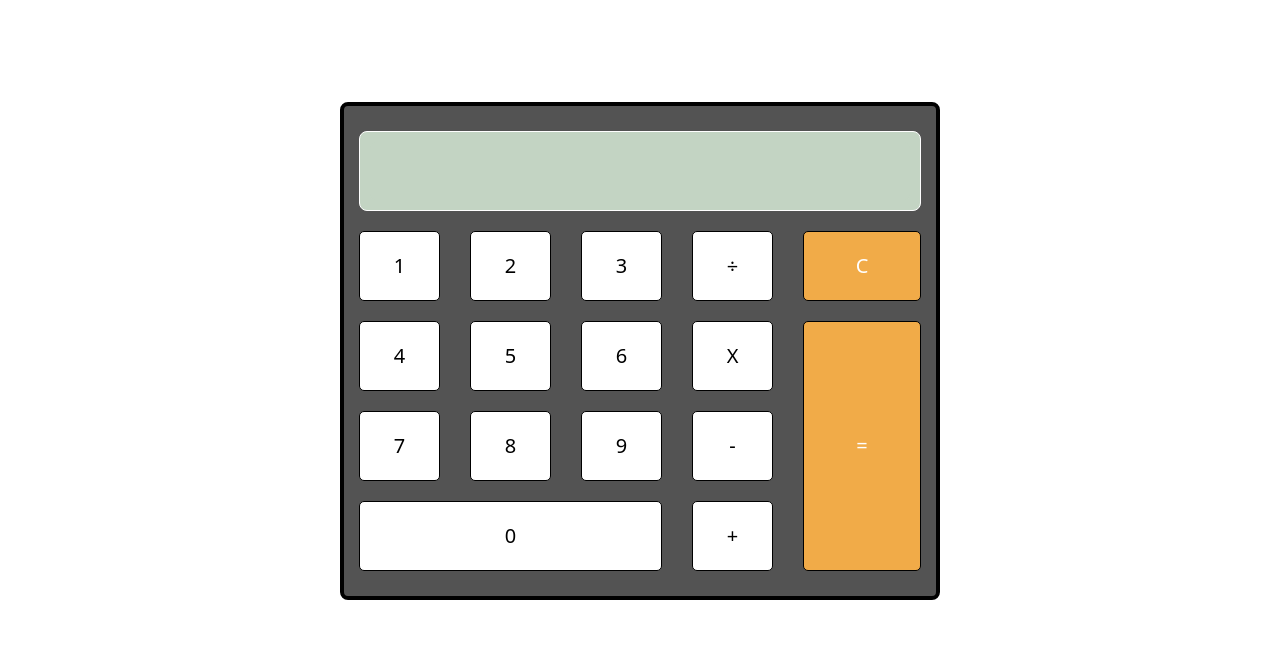
Repository: jsakdalan/CalculatorReactTypescript
Page: /
The author's editor kept a copy of each file at every save. The page is drawn from the files as they stood at one save, then again after a run of saves.
The browser window is 1280 px wide. The pictures show the whole page.
The project was rebuilt for these pictures with package versions that can differ from the ones it lists, and the page was loaded fresh each time. Also part of the build but not shown: src/App.css.

Above is the page before, as saved 2022-06-07 17:38:14.

### src/App.tsx
import  Calculator from './pages/Calculator';
import './App.css';
import 'bootstrap/dist/css/bootstrap.min.css'

export default function App() {

  return(
    <Calculator/>
  )
}

### src/pages/Calculator.tsx
import React from 'react';
import Col from 'react-bootstrap/Col';
import Container from 'react-bootstrap/Container';
import Row from 'react-bootstrap/Row';
import Button from 'react-bootstrap/Button';
import InputGroup from 'react-bootstrap/InputGroup';
import FormControl from 'react-bootstrap/FormControl';
import './Calculator.css'

export default function TextEditor(){

    interface Screen{
        styling: string;
    }

    interface Buttons {
        styling: string;
        btnNumber: string;
    }

    const Screen = (props:Screen) => {
        return(
            <InputGroup size="lg" className={props.styling}>
                    <FormControl
      aria-label="Default"
      aria-describedby="inputGroup-sizing-default"
    />
            </InputGroup>
        )
    }

    const Buttons = (props:Buttons) => {
        return(
            <Button className={props.styling}>
                {props.btnNumber}
            </Button>
        )
    }

    return(
        <>
            <Container className="container">
                <Row>
                    <Col><Screen styling="screen"/></Col>
                </Row>
                <Row>
                    <Col md={9}>
                        <Row>
                            <Col md={12}>
                                <Row>
                                    <Col md={3}><Buttons styling="numerical" btnNumber="1"/></Col>
                                    <Col md={3}><Buttons styling="numerical" btnNumber="2"/></Col>
                                    <Col md={3}><Buttons styling="numerical" btnNumber="3"/></Col>
                                    <Col md={3}><Buttons styling="operational" btnNumber="&#247;"/></Col>
                                </Row>
                            </Col>
                            <Col md={12}>
                                <Row>
                                    <Col md={3}><Buttons styling="numerical" btnNumber="4"/></Col>
                                    <Col md={3}><Buttons styling="numerical" btnNumber="5"/></Col>
                                    <Col md={3}><Buttons styling="numerical" btnNumber="6"/></Col>
                                    <Col md={3}><Buttons styling="operational" btnNumber="X"/></Col>
                                </Row>
                            </Col>
                            <Col md={12}>
                                <Row>
                                    <Col md={3}><Buttons styling="numerical" btnNumber="7"/></Col>
                                    <Col md={3}><Buttons styling="numerical" btnNumber="8"/></Col>
                                    <Col md={3}><Buttons styling="numerical" btnNumber="9"/></Col>
                                    <Col md={3}><Buttons styling="operational" btnNumber="-"/></Col>
                                </Row>
                            </Col>
                            <Col md={12}>
                                <Row>
                                    <Col md={9}><Buttons styling="numerical" btnNumber="0"/></Col>
                                    <Col md={3}><Buttons styling="numerical" btnNumber="+"/></Col>
                                </Row>
                            </Col>
                        </Row>
                    </Col>
                    <Col>
                        <Row>
                            <Col>
                                <Row>
                                    <Col md={12}><Buttons styling="erase" btnNumber="C"/></Col>
                                    <Col md={12}><Buttons styling="equals" btnNumber="="/></Col>
                                </Row>
                            </Col>
                        </Row>
                    </Col>
                </Row>
            </Container>
        </>
    )
}

### src/pages/Calculator.css
*{
    font-weight: bold;
    font-size: 20px;
    text-align: center;
}

.container{
    margin-top:8%;
    max-width: 600px!important;
    width: 400px;
    display: flex;
    flex-direction: column;
    border: 4px solid black;
    padding: 15px!important;
    border-radius: 8px;
    background-color: #535353;
}



.screen{
    width: 100%;
    padding: 10px;
    margin: 10px 0px 10px 0px;
    background-color: #c3d4c3;
    border-radius: 8px;
    border: 0.5px solid white;
}

.input-group>.form-control{
    position: relative;
    flex: 1 1 auto;
    width: 1%;
    background-color: #c3d4c3;
    min-width: 0;
    border: none;
}

.btn-primary{
    border:0.5px solid black!important;
}

.numerical{
    background-color: #ffffff!important;
    height: 70px;
    color: black!important;
    width: 100%;
    padding: 10px;
    margin: 10px 0px 10px 0px;
    background-color: #eeeeee;
}

.operational{
    background-color: #ffffff!important;
    height: 70px;
    color: black!important;
    width: 100%;
    padding: 10px;
    margin: 10px 0px 10px 0px;
}

.equals{
    background-color: #f1ab48!important;
    height: 250px;
    width: 100%;
    padding: 10px;
    margin: 10px 0px 10px 0px;
}

.erase{
    background-color: #f1ab48!important;
    height: 70px;
    width: 100%;
    padding: 10px;
    margin: 10px 0px 10px 0px;
}

Loaded but not shown: public/index.html (common file); src/index.tsx (common file); src/index.css (common file); src/reportWebVitals.ts (common file)

After the next 2 saves:
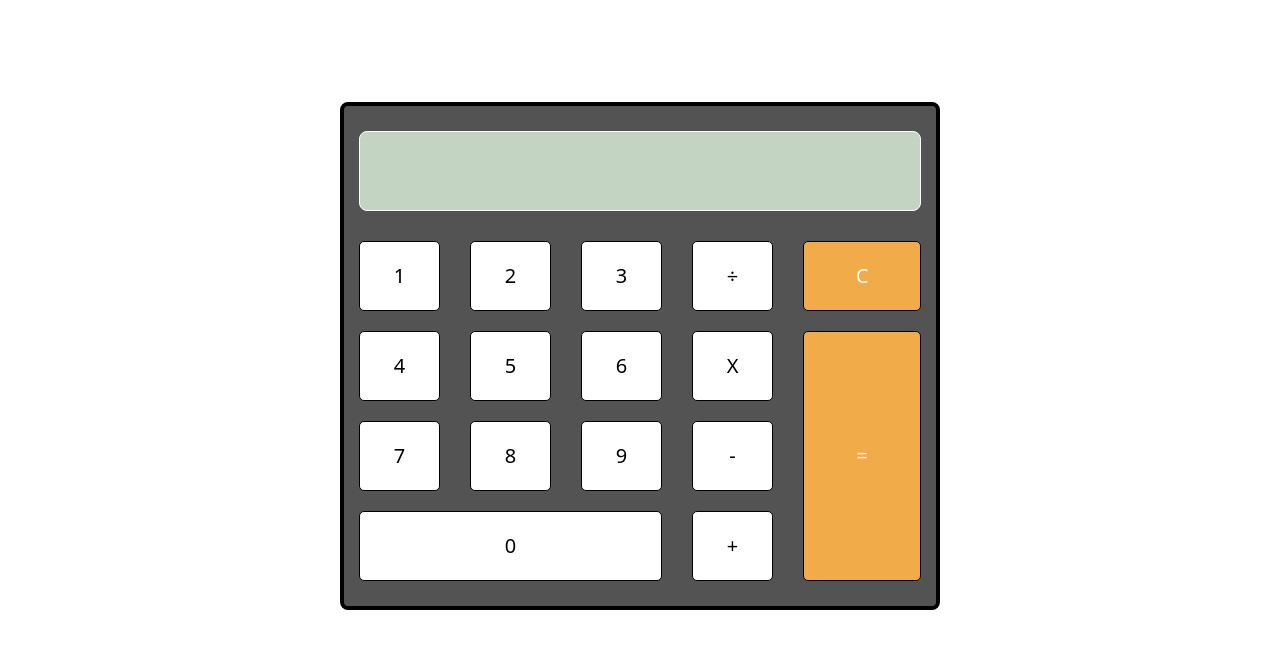
The 2 saves are shown as one change because they came seconds apart.
The last was saved 44 s later.
--- a/src/pages/Calculator.css
+++ b/src/pages/Calculator.css
@@ -16,12 +16,10 @@
     background-color: #535353;
 }
 
-
-
 .screen{
     width: 100%;
     padding: 10px;
-    margin: 10px 0px 10px 0px;
+    margin: 10px 0px 20px 0px;
     background-color: #c3d4c3;
     border-radius: 8px;
     border: 0.5px solid white;
